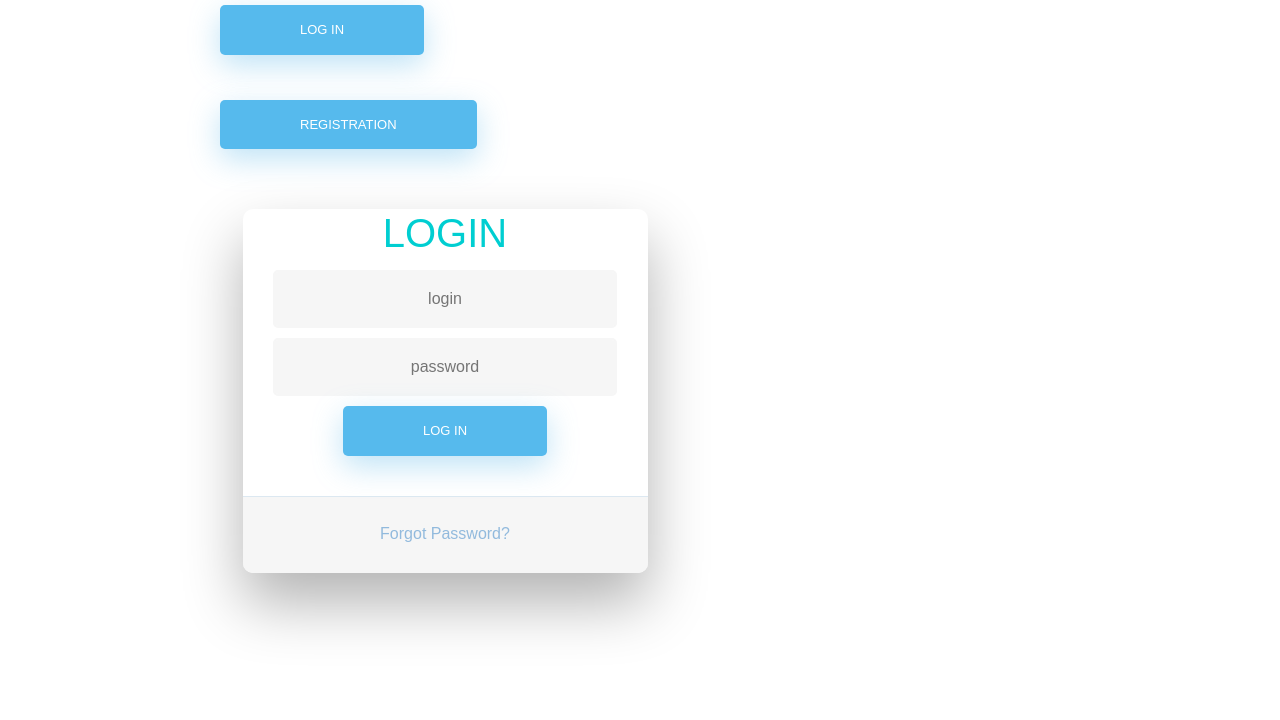
Repository: phamtailinh/webtintuc
Page: http://localhost/doicapdat/doi2doicapdat1.jsp
These files come from the project's save history. The page is drawn as it stood at one moment and after the next save; the edit follows.
The browser window is 1280 px wide. The pictures show the whole page.
Some web libraries are served in a nearby version. The page is served by Tomcat 9. Other server files are loaded and not shown.

Above is the page before, as saved 2022-01-07 07:50:50.
Console error: TypeError: Cannot read properties of undefined (reading 'fn')

### doicapdat/src/main/webapp/doi2doicapdat1.jsp
<%@ page language="java" contentType="text/html; charset=ISO-8859-1"
    pageEncoding="ISO-8859-1"%>
<!DOCTYPE html>
<html>
<head>
<meta charset="ISO-8859-1">
<title>Insert title here</title>
<link href="//maxcdn.bootstrapcdn.com/bootstrap/4.0.0/css/bootstrap.min.css" rel="stylesheet" id="bootstrap-css">
<script src="//maxcdn.bootstrapcdn.com/bootstrap/4.0.0/js/bootstrap.min.js"></script>
<script src="//cdnjs.cloudflare.com/ajax/libs/jquery/3.2.1/jquery.min.js"></script>
<style type="text/css">
html {
  background-color: #56baed;
}

body {
  font-family: "Poppins", sans-serif;
  height: 100vh;
}

a {
  color: #92badd;
  display:inline-block;
  text-decoration: none;
  font-weight: 400;
}

h2 {
  text-align: center;
  font-size: 16px;
  font-weight: 600;
  text-transform: uppercase;
  display:inline-block;
  margin: 40px 8px 10px 8px;
  color: #cccccc;
}



/* STRUCTURE */

.wrapper {
  display: flex;
  align-items: center;
  flex-direction: column;
  justify-content: center;
  width: 100%;
  min-height: 100%;
  padding: 20px;
}

#formContent {
  -webkit-border-radius: 10px 10px 10px 10px;
  border-radius: 10px 10px 10px 10px;
  background: #fff;
  padding: 30px;
  width: 90%;
  max-width: 450px;
  position: relative;
  padding: 0px;
  -webkit-box-shadow: 0 30px 60px 0 rgba(0,0,0,0.3);
  box-shadow: 0 30px 60px 0 rgba(0,0,0,0.3);
  text-align: center;
}

#formFooter {
  background-color: #f6f6f6;
  border-top: 1px solid #dce8f1;
  padding: 25px;
  text-align: center;
  -webkit-border-radius: 0 0 10px 10px;
  border-radius: 0 0 10px 10px;
}



/* TABS */

h2.inactive {
  color: #cccccc;
}

h2.active {
  color: #0d0d0d;
  border-bottom: 2px solid #5fbae9;
}



/* FORM TYPOGRAPHY*/

input[type=button], input[type=submit], input[type=reset]  {
  background-color: #56baed;
  border: none;
  color: white;
  padding: 15px 80px;
  text-align: center;
  text-decoration: none;
  display: inline-block;
  text-transform: uppercase;
  font-size: 13px;
  -webkit-box-shadow: 0 10px 30px 0 rgba(95,186,233,0.4);
  box-shadow: 0 10px 30px 0 rgba(95,186,233,0.4);
  -webkit-border-radius: 5px 5px 5px 5px;
  border-radius: 5px 5px 5px 5px;
  margin: 5px 20px 40px 20px;
  -webkit-transition: all 0.3s ease-in-out;
  -moz-transition: all 0.3s ease-in-out;
  -ms-transition: all 0.3s ease-in-out;
  -o-transition: all 0.3s ease-in-out;
  transition: all 0.3s ease-in-out;
}

input[type=button]:hover, input[type=submit]:hover, input[type=reset]:hover  {
  background-color: #39ace7;
}

input[type=button]:active, input[type=submit]:active, input[type=reset]:active  {
  -moz-transform: scale(0.95);
  -webkit-transform: scale(0.95);
  -o-transform: scale(0.95);
  -ms-transform: scale(0.95);
  transform: scale(0.95);
}

input[type=text] {
  background-color: #f6f6f6;
  border: none;
  color: #0d0d0d;
  padding: 15px 32px;
  text-align: center;
  text-decoration: none;
  display: inline-block;
  font-size: 16px;
  margin: 5px;
  width: 85%;
  border: 2px solid #f6f6f6;
  -webkit-transition: all 0.5s ease-in-out;
  -moz-transition: all 0.5s ease-in-out;
  -ms-transition: all 0.5s ease-in-out;
  -o-transition: all 0.5s ease-in-out;
  transition: all 0.5s ease-in-out;
  -webkit-border-radius: 5px 5px 5px 5px;
  border-radius: 5px 5px 5px 5px;
}

input[type=text]:focus {
  background-color: #fff;
  border-bottom: 2px solid #5fbae9;
}

input[type=text]:placeholder {
  color: #cccccc;
}



/* ANIMATIONS */

/* Simple CSS3 Fade-in-down Animation */
.fadeInDown {
  -webkit-animation-name: fadeInDown;
  animation-name: fadeInDown;
  -webkit-animation-duration: 1s;
  animation-duration: 1s;
  -webkit-animation-fill-mode: both;
  animation-fill-mode: both;
}

@-webkit-keyframes fadeInDown {
  0% {
    opacity: 0;
    -webkit-transform: translate3d(0, -100%, 0);
    transform: translate3d(0, -100%, 0);
  }
  100% {
    opacity: 1;
    -webkit-transform: none;
    transform: none;
  }
}

@keyframes fadeInDown {
  0% {
    opacity: 0;
    -webkit-transform: translate3d(0, -100%, 0);
    transform: translate3d(0, -100%, 0);
  }
  100% {
    opacity: 1;
    -webkit-transform: none;
    transform: none;
  }
}

/* Simple CSS3 Fade-in Animation */
@-webkit-keyframes fadeIn { from { opacity:0; } to { opacity:1; } }
@-moz-keyframes fadeIn { from { opacity:0; } to { opacity:1; } }
@keyframes fadeIn { from { opacity:0; } to { opacity:1; } }

.fadeIn {
  opacity:0;
  -webkit-animation:fadeIn ease-in 1;
  -moz-animation:fadeIn ease-in 1;
  animation:fadeIn ease-in 1;

  -webkit-animation-fill-mode:forwards;
  -moz-animation-fill-mode:forwards;
  animation-fill-mode:forwards;

  -webkit-animation-duration:1s;
  -moz-animation-duration:1s;
  animation-duration:1s;
}

.fadeIn.first {
  -webkit-animation-delay: 0.4s;
  -moz-animation-delay: 0.4s;
  animation-delay: 0.4s;
  color:#00CED1;
}

.fadeIn.second {
  -webkit-animation-delay: 0.6s;
  -moz-animation-delay: 0.6s;
  animation-delay: 0.6s;
}

.fadeIn.third {
  -webkit-animation-delay: 0.8s;
  -moz-animation-delay: 0.8s;
  animation-delay: 0.8s;
}

.fadeIn.fourth {
  -webkit-animation-delay: 1s;
  -moz-animation-delay: 1s;
  animation-delay: 1s;
}

/* Simple CSS3 Fade-in Animation */
.underlineHover:after {
  display: block;
  left: 0;
  bottom: -10px;
  width: 0;
  height: 2px;
  background-color: #56baed;
  content: "";
  transition: width 0.2s;
}

.underlineHover:hover {
  color: #0d0d0d;
}

.underlineHover:hover:after{
  width: 100%;
}



/* OTHERS */

*:focus {
    outline: none;
}

#icon {
  width:60%;
}
</style>
</head>
<body>
<div style="margin-left: 200px;float: left;display: block;">
<input type="submit" class="fadeIn fourth" value="Log In">
<div>
<input type="submit" class="fadeIn fourth" value="Registration">
</div>
<div class="wrapper fadeInDown">
  <div id="formContent">
    <!-- Tabs Titles -->

    <!-- Icon -->
    <div class="fadeIn first">
     <h1>LOGIN</h1>
    </div>

    <!-- Login Form -->
    <form>
      <input type="text" id="login" class="fadeIn second" name="login" placeholder="login">
      <input type="text" id="password" class="fadeIn third" name="login" placeholder="password">
      <input type="submit" class="fadeIn fourth" value="Log In">
    </form>

    <!-- Remind Passowrd -->
    <div id="formFooter">
      <a class="underlineHover" href="#">Forgot Password?</a>
    </div>

  </div>
</div>
</body>
</html>

After the next save:
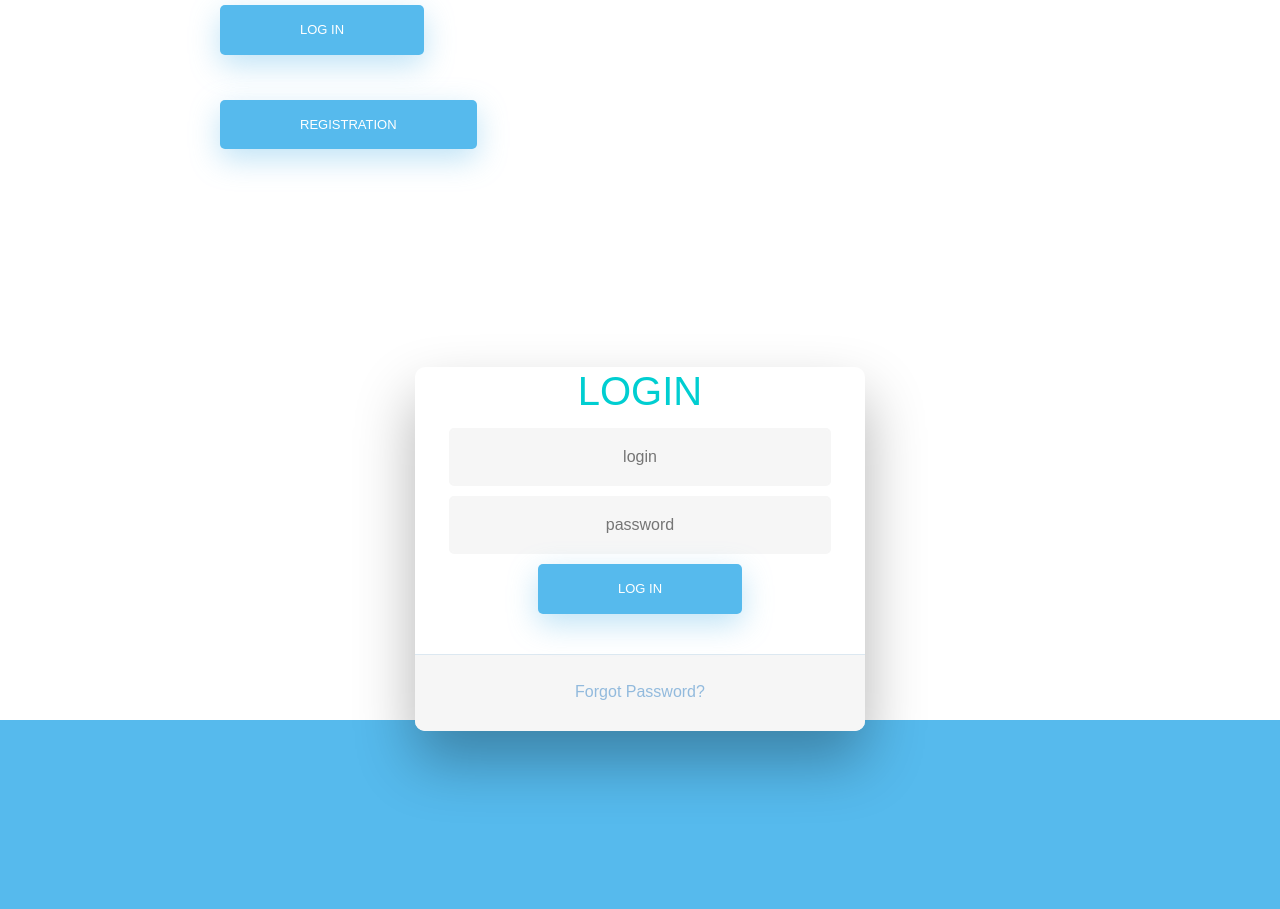
Saved 19 s later.
--- a/doicapdat/src/main/webapp/doi2doicapdat1.jsp
+++ b/doicapdat/src/main/webapp/doi2doicapdat1.jsp
@@ -276,7 +276,7 @@ input[type=text]:placeholder {
 <input type="submit" class="fadeIn fourth" value="Log In">
 <div>
 <input type="submit" class="fadeIn fourth" value="Registration">
-</div>
+</div></div>
 <div class="wrapper fadeInDown">
   <div id="formContent">
     <!-- Tabs Titles -->
